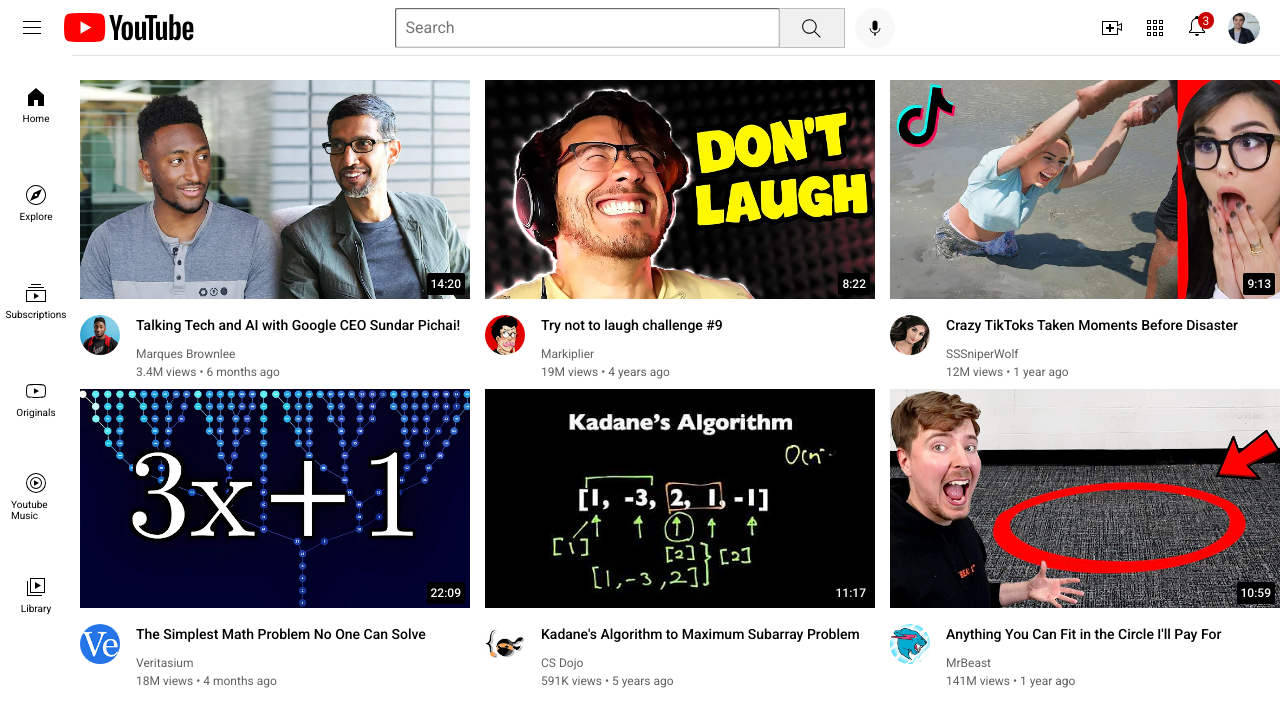
Repository: idahcarts-ux/html-css
Page: youtube.html
An editor plug-in stored every save of this project. The page is shown before and after a run of saves, followed by the edit.
The browser window is 1280 px wide. The pictures show the whole page.

Above is the page before, as saved 2025-11-20 21:19:53.

### youtube.html
<!DOCTYPE html>
<html>
<head>
  <title>YouTube.com Clone</title>

  <link rel="preconnect" href="https://fonts.googleapis.com">
  <link rel="preconnect" href="https://fonts.gstatic.com" crossorigin>
  <link href="https://fonts.googleapis.com/css2?family=Roboto:wght@100;300;400;500;700;900&display=swap" rel="stylesheet">

<link rel="stylesheet" href="styles/general.css">
<link rel="stylesheet" href="styles/video.css">
<link rel="stylesheet" href="styles/header.css">
<link rel="stylesheet" href="styles/sidebar.css">



</head>
<body>
  <div class="header">
    <div class="left-section">
     <img class="hamburger-menu" src="icons/hamburger-menu.svg">
     <img class="youtube-logo" src="icons/youtube-logo.svg">
    </div>

    <div class="middle-section">
      <input class="search-bar" type="text" placeholder="Search">
    <button class="search-button">
      <img
      class="search-icon"
      src="icons/search.svg">
    </button>
    <button class="voice-search-button">
      <img
      class="voice-search-icon"
      src="icons/voice-search-icon.svg">
    </button>
    </div>

    <div class="right-section">
      <img
      class="uploads-icon"
      src="icons/upload.svg">
      <img
      class="youtube-apps-icon"
      src="icons/youtube-apps.svg">
      <div class="notification-icon-container">
       <img
      class="notification-icon"
      src="icons/notifications.svg">
      <div class="notifications-count">3</div>
      </div>
      <img
       class="current-user-picture"
       src="chanel-pictures/my-channel.jpeg">
    </div>

  </div>

   <div class="sidebar">
     <div class="sidebar-link">
      <img src="icons/home.svg">
      <div>Home</div>
     </div>
     <div class="sidebar-link">
      <img src="icons/explore.svg">
      <div>Explore</div>
     </div>
     <div class="sidebar-link">
      <img src="icons/subscriptions.svg">
      <div>Subscriptions</div>
     </div>
     <div class="sidebar-link">
      <img src="icons/originals.svg">
      <div>Originals</div>
      </div>
     <div class="sidebar-link">
      <img src="icons/youtube-music.svg">
       <div>Youtube Music</div>
     </div>
      <div class="sidebar-link">
      <img src="icons/library.svg">
       <div>Library</div>
     </div>

   </div>



  <!-- MAIN GRID START -->
  <div class="video-grid">

    <!-- 1 -->
    <div class="video-preview">
      <div class="thumbnails-row">
      <img class="thumbnails" src="thumbnails/thumbnail-1.webp">
      <div class="video-time">14:20</div>
      </div>
      <div class="video-info-grid">
        <div class="channel-pictures">
          <img class="profile-picture" src="chanel-pictures/channel-1.jpeg">
        </div>
        <div class="video-info">
          <p class="video-title">
            Talking Tech and AI with Google CEO Sundar Pichai!
          </p>
          <p class="video-author">Marques Brownlee</p>
          <p class="video-stats">3.4M views • 6 months ago</p>
        </div>
      </div>
    </div>

    <!-- 2 -->
    <div class="video-preview">
       <div class="thumbnails-row">
      <img class="thumbnails" src="thumbnails/thumbnail-2.webp">
      <div class="video-time">8:22</div>
      </div>
       <div class="video-info-grid">
        <div class="channel-pictures">
          <img class="profile-picture" src="chanel-pictures/channel-2.jpeg">
        </div>
        <div class="video-info">
          <p class="video-title">Try not to laugh challenge #9</p>
          <p class="video-author">Markiplier</p>
          <p class="video-stats">19M views • 4 years ago</p>
        </div>
      </div>
    </div>

    <!-- 3 -->
    <div class="video-preview">
      <div class="thumbnails-row">
     <img class="thumbnails" src="thumbnails/thumbnail-3.webp">
       <div class="video-time">9:13</div>
       </div>
      <div class="video-info-grid">
        <div class="channel-pictures">
          <img class="profile-picture" src="chanel-pictures/channel-3.jpeg">
        </div>
        <div class="video-info">
          <p class="video-title">Crazy TikToks Taken Moments Before Disaster</p>
          <p class="video-author">SSSniperWolf</p>
          <p class="video-stats">12M views • 1 year ago</p>
        </div>
      </div>
    </div>

    <!-- 4 -->
    <div class="video-preview">
      <div class="thumbnails-row">
      <img class="thumbnails" src="thumbnails/thumbnail-4.webp">
        <div class="video-time">22:09</div>
        </div>
      <div class="video-info-grid">
        <div class="channel-pictures">
          <img class="profile-picture" src="chanel-pictures/channel-4.jpeg">
        </div>
        <div class="video-info">
          <p class="video-title">The Simplest Math Problem No One Can Solve</p>
          <p class="video-author">Veritasium</p>
          <p class="video-stats">18M views • 4 months ago</p>
        </div>
      </div>
    </div>

    <!-- 5 -->
    <div class="video-preview">
      <div class="thumbnails-row">
      <img class="thumbnails" src="thumbnails/thumbnail-5.webp">
       <div class="video-time">11:17</div>
       </div>
      <div class="video-info-grid">
        <div class="channel-pictures">
          <img class="profile-picture" src="chanel-pictures/channel-5.jpeg">
        </div>
        <div class="video-info">
          <p class="video-title">
            Kadane's Algorithm to Maximum Subarray Problem
          </p>
          <p class="video-author">CS Dojo</p>
          <p class="video-stats">591K views • 5 years ago</p>
        </div>
      </div>
    </div>

    <!-- 6 -->
    <div class="video-preview">
      <div class="thumbnails-row">
         <img class="thumbnails" src="thumbnails/thumbnail-6.webp">
         <div class="video-time">10:59</div>
         </div>
         <div class="video-info-grid">
        <div class="channel-pictures">
          <img class="profile-picture" src="chanel-pictures/channel-6.jpeg">
        </div>
        <div class="video-info">
          <p class="video-title">
            Anything You Can Fit in the Circle I'll Pay For
          </p>
          <p class="video-author">MrBeast</p>
          <p class="video-stats">141M views • 1 year ago</p>
        </div>
      </div>
    </div>

  </div>
  <!-- MAIN GRID END -->



</body>
</html>

### styles/general.css
 p {
    font-family: Roboto, Arial;
    margin-top: 0;
    margin-bottom: 0;
  }

  body {
    margin: 0;
    padding-top: 80px;
    padding-left: 80px;
  }

### styles/video.css



  .thumbnails {
    width: 100%;
  }



  .video-title {
    font-size: 14px;
    font-weight: 500;
    line-height: 20px;
    margin-bottom: 12px;
  }

  .video-info-grid {
    display: flex;
    margin-top: 12px;
  }

  /* FIX: Ensure the profile picture container is just large enough for the picture */
  .channel-pictures {
    width: 48px; /* Slightly larger than the picture for padding/margin */
    flex-shrink: 0;
    margin-right: 8px; /* Added some spacing to separate picture from text */
  }

  /* FIX: Ensure the profile picture fills its container and maintain aspect ratio */
  .profile-picture {
    width: 40px; /* Kept your desired size */
    height: 40px; /* Added explicit height to force a square container */
    object-fit: cover; /* Ensures image covers the area without distortion */
    border-radius: 50%;
  }

  /* FIX: Removed fixed width which was unnecessary and potentially restrictive */
  .video-info {
    /* width: 200px; <--- Removed this line */
    flex: 1; /* Allow it to take up the remaining space */
  }

  .video-author {
    font-size: 12px;
    color: rgb(96, 96, 96);
    margin-bottom: 4px;
  }

  .video-stats {
    font-size: 12px;
    color: rgb(96, 96, 96);
  }

  .video-grid {
    display: grid;
    grid-template-columns: 1fr 1fr 1fr;
    column-gap: 15px;
    row-gap: 10px;
  }
  .video-time {
    background-color: black;
    color: white;
    position: absolute;
    bottom:8px;
    right:5px;
    font-family: Roboto, Arial;
    font-size: 12px;
    font-weight: 500;
    padding-left: 4px;
    padding-right: 4px;
    padding-bottom: 4px;
    padding-top: 4px;
    border-radius: 2px;

}

  .thumbnails-row {
    margin-bottom: 12px;
    position: relative;
  }

### styles/header.css


  .header {
    height:55px;
    display:flex;
    flex-direction: row;
    justify-content: space-between;
    position: fixed;
    top:0;
    left:0;
    right:0;
    background-color: white;
    border-bottom-width: 1px;
    border-bottom-style: solid;
    border-bottom-color: rgb( 228, 228, 228);
    z-index:100;
  }

  .left-section {
  display: flex;
   align-items: center;


  }
    .youtube-logo {
    width: 12vw;        /* Scales with viewport width */
    min-width: 80px;    /* Don't get too small */
    max-width: 130px;   /* Don't grow too large */
    height: auto;       /* Keep aspect ratio */
    transition: width 0.25s ease;
}


  .hamburger-menu {
    height: 24px;
    margin-left: 20px;
    margin-right: 20px;
  }
  .middle-section {
    flex:1;
    margin-left: 30px;
    margin-right: 35px;
    max-width:500px;
    display: flex;
    align-items:center;
  }
  .search-bar {
    flex:1;
    height:36px;
    padding-left:10px;
    font-size: 16px;
    border-width: 1px;
    border-color: rgb(190, 190,190);
    border-radius: 2px;
    box-shadow: inset 0.05px 0.05px 1px rgba(0, 0, 0.05);
    width:0;
  }
  .search-bar::placeholder {
    font-family: Roboto, Arial;
    fon-size:15px;
  }
  .search-icon{
    height:25px;
    margin-top:4px;
  }
  .search-button {
    height:40px;
    width:66px;
    background-color: rgb( 240, 240, 240);
    border-width: 1px;
    border-style:solid;
    border-color: rgb(190, 190,190);
    margin-left: -1px;
    margin-right: 10px;
  }
  .voice-search-button {
    height:40px;
    width:40px;
    border-radius: 20px;
    border: none;
    background-color: rgb(248,248,248);
  }
  .voice-search-icon{
    height:20px;
    margin-top: 4px;

  }
  .right-section {
    width:180px;
    display:flex;
    align-items: center;
    justify-content: space-between;
    flex-shrink: 0;
  }
  .uploads-icon {
    height:24px;
  }
  .youtube-apps-icon {
    height:24px;
  }
  .notification-icon {
    height:24px;
  }
  .notification-icon-container {
    position:relative;
  }
  .notifications-count {
    position:absolute;
    top: -2px;
    right: -5px;
    background-color: rgb(200, 0, 0);
    color: white;
    font-family: Roboto, Arial;
    font-size: 12px;
    padding-left: 5px;
    padding-right: 5px;
    padding-top: 2px;
    padding-bottom: 1px;
    border-radius: 10px;
  }
  .current-user-picture {
    height:32px;
    border-radius: 16px;
    margin-right: 20px;
  }

### styles/sidebar.css
.sidebar {
  position: fixed;
  left: 0;
  bottom: 0;
  top: 55px;
  background-color: white;
  width: 72px;
  z-index: 200;
  padding-top: 5;

}
.sidebar-link {
  height: 76px;
  display: flex;
  justify-content: center;
  align-items: center;
  flex-direction: column;
  padding:11px;
  cursor: pointer;

}
.sidebar-link:hover {
  background-color: rgb(238, 238,238);
}
.sidebar-link img {
  height: 24px;
  margin-bottom: 4px;
}
.sidebar-link div {
 font-family: Roboto, Arial;
 font-size: 10px;
}

After the next 4 saves:
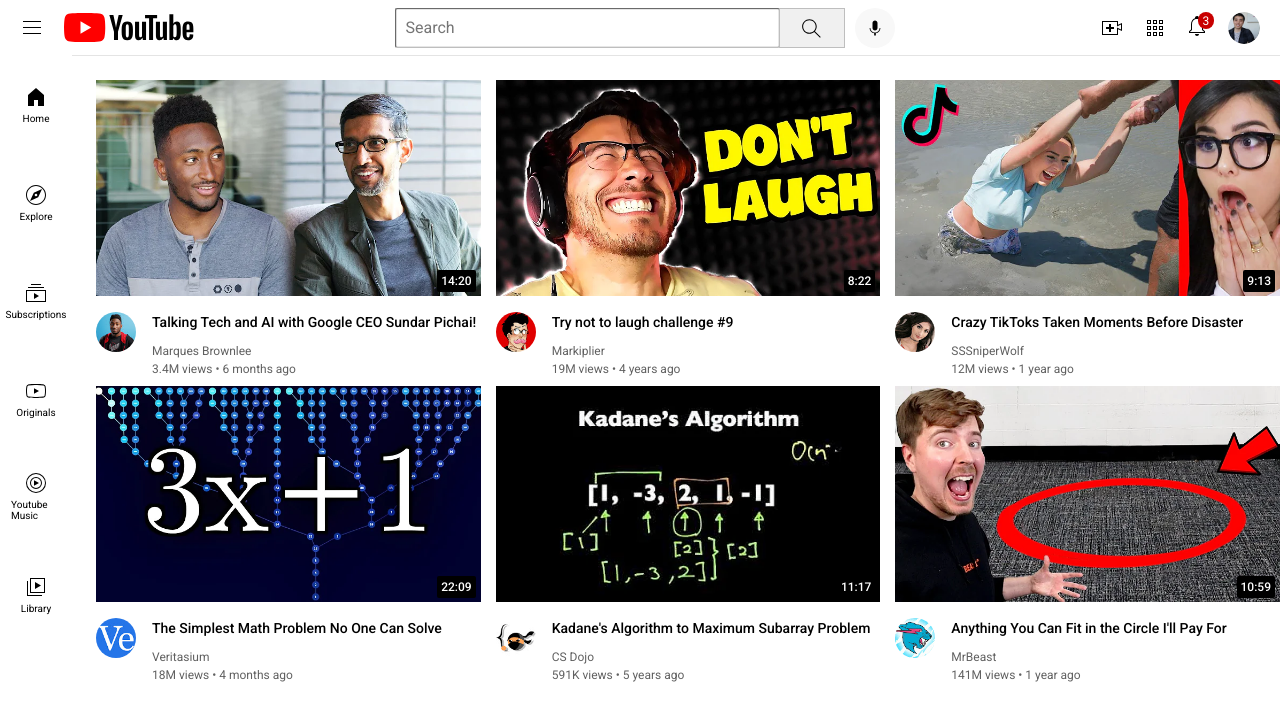
The 4 saves are shown as one change because they came seconds apart.
The last was saved 92 s later.
--- a/styles/general.css
+++ b/styles/general.css
@@ -7,5 +7,5 @@
   body {
     margin: 0;
     padding-top: 80px;
-    padding-left: 80px;
+    padding-left: 96px;
   }
